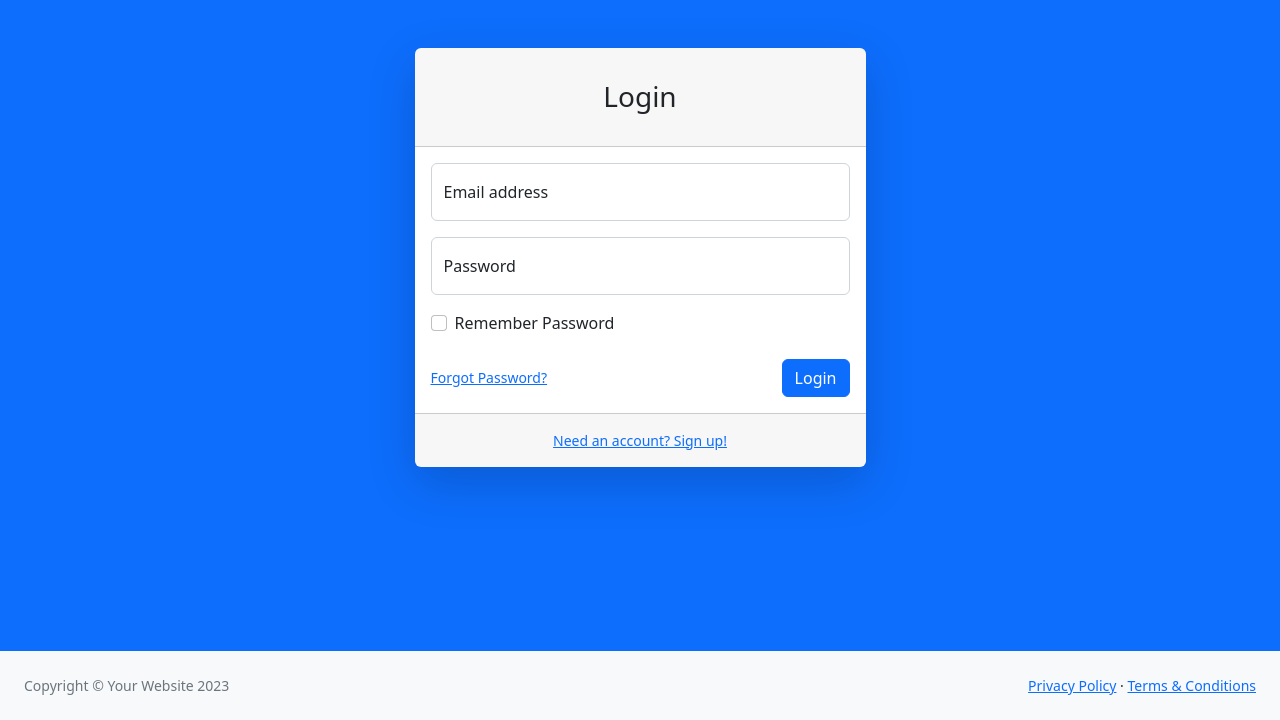
Repository: wonsungjin/Kosta
Page: http://localhost/web_prj/login.jsp
These files come from the project's save history. The page is drawn as it stood at one moment and after the next save; the edit follows.
The browser window is 1280 px wide. The pictures show the whole page.
Some web libraries are served in a nearby version. The page is served by Tomcat 9.

Above is the page before, as saved 2024-05-22 02:42:14.

After the next save:
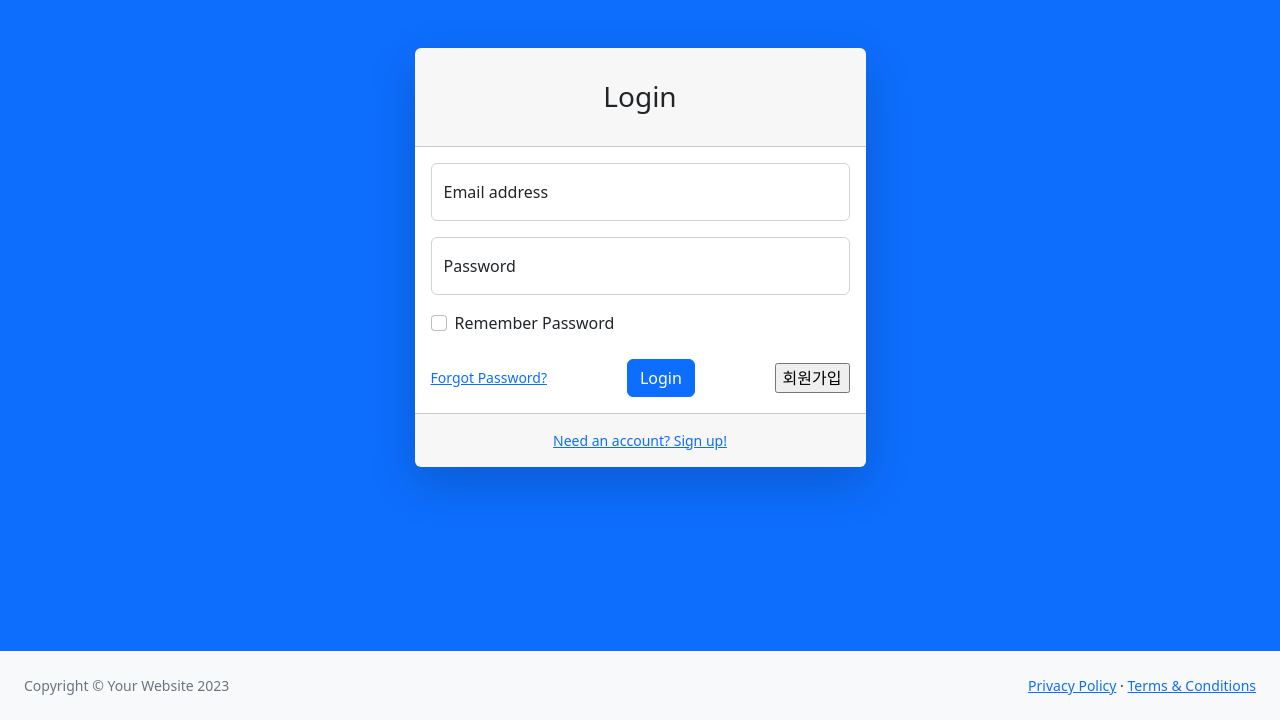
Saved 18 s later.
--- a/web_prj/src/main/webapp/login.jsp
+++ b/web_prj/src/main/webapp/login.jsp
@@ -39,6 +39,7 @@
                                             <div class="d-flex align-items-center justify-content-between mt-4 mb-0">
                                                 <a class="small" href="password.html">Forgot Password?</a>
                                                 <a class="btn btn-primary" >Login</a>
+                                                <input type="submit" value="회원가입">
                                             </div>
                                         </form>
                                     </div>
